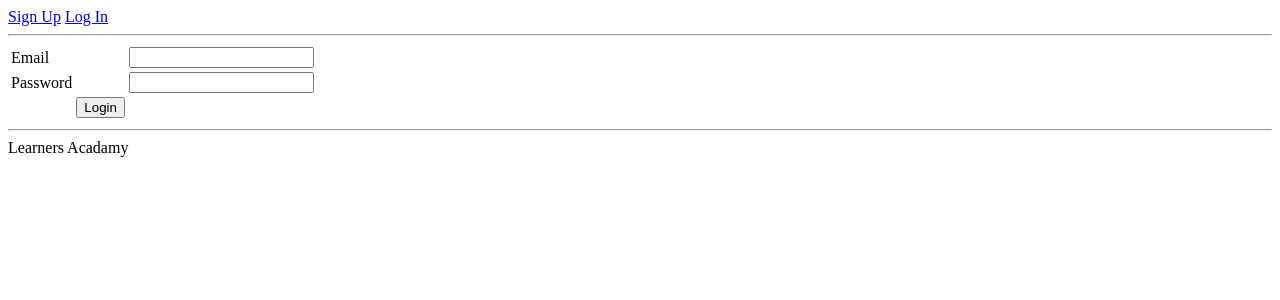
Repository: zshafi01/LearnerAcadamy
Page: http://localhost/LearnerAcadamy/login.jsp
An editor plug-in stored every save of this project. The page is shown before and after the next save, followed by the edit.
The browser window is 1280 px wide. The pictures show the whole page.
The page is served by Tomcat 9.

Above is the page before, as saved 2021-02-03 21:13:08.

After the next save:
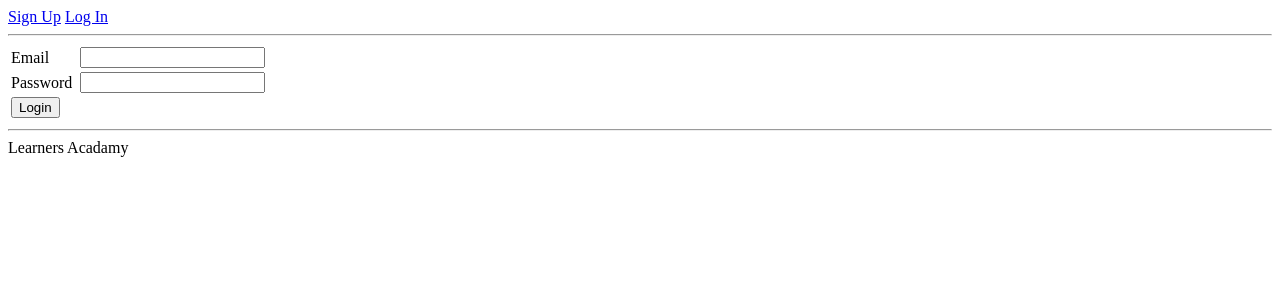
Saved 49 s later.
--- a/LearnerAcadamy/WebContent/login.jsp
+++ b/LearnerAcadamy/WebContent/login.jsp
@@ -19,7 +19,7 @@
 <table>
 <tr><td>Email<td><td><input type="email" name="email"><td></tr>
 <tr><td>Password<td><td><input type="password" name="password"><td></tr>
-<tr><td></td><td><input type="submit" value="Login"></td></tr>
+<tr><td colspan="2"><input type="submit" value="Login"></td></tr>
 </table>
 
 
